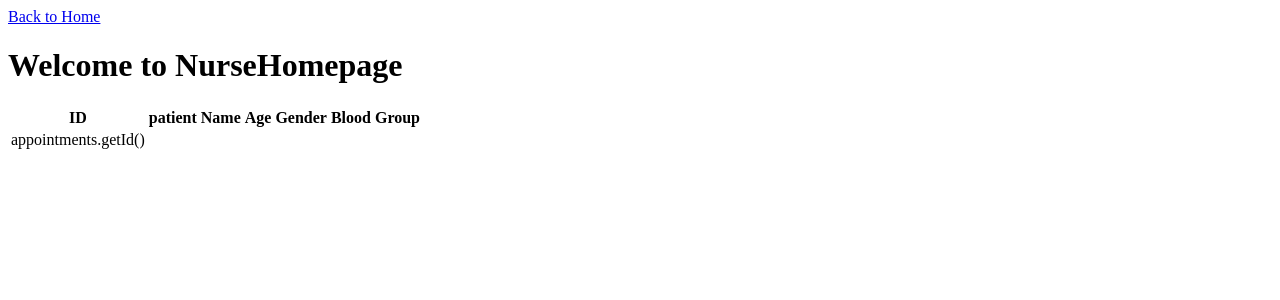
Repository: Rajasekaran0415/LifeCare-Management-System
Page: Project/nurseHompage.html
These files come from the project's save history. The page is drawn as it stood at one moment and after a run of saves; the edit follows.
The browser window is 1280 px wide. The pictures show the whole page.

Above is the page before, as saved 2026-01-28 21:54:29.

After the next 10 saves:
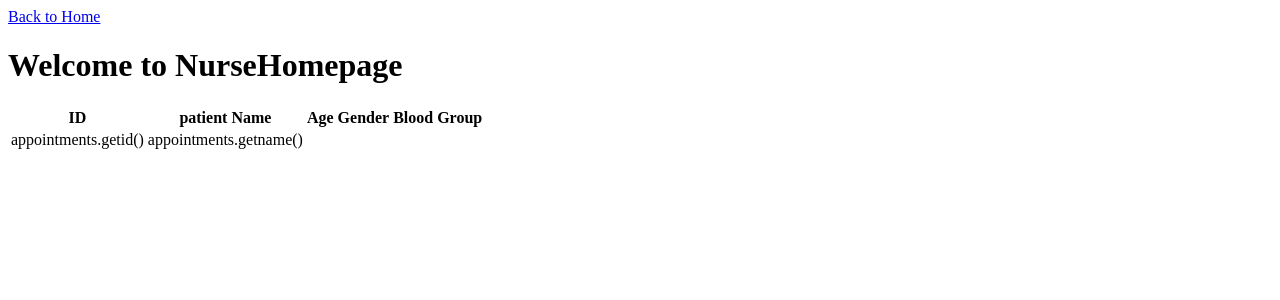
The 10 saves are shown as one change because they came seconds apart.
The last was saved 23 s later.
--- a/Project/nurseHompage.html
+++ b/Project/nurseHompage.html
@@ -23,7 +23,8 @@
 
 
                 <tr>
-                    <td>appointments.getId()</td>
+                    <td>appointments.getid()</td>
+                    <td>appointments.getname()</td>
                 </tr>
 
             </table>
